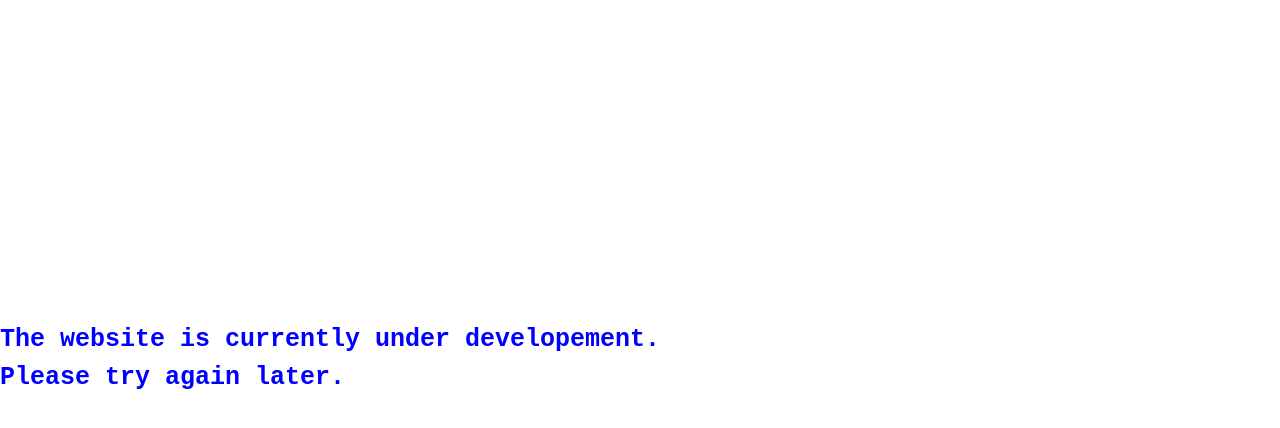
Repository: ShadowFightVideos/sfvids.github.io
Page: index.html
These files come from the project's save history. The page is drawn as it stood at one moment and after the next save; the edit follows.
The browser window is 1280 px wide. The pictures show the whole page.

Above is the page before, as saved 2024-03-13 11:36:03.

After the next save:
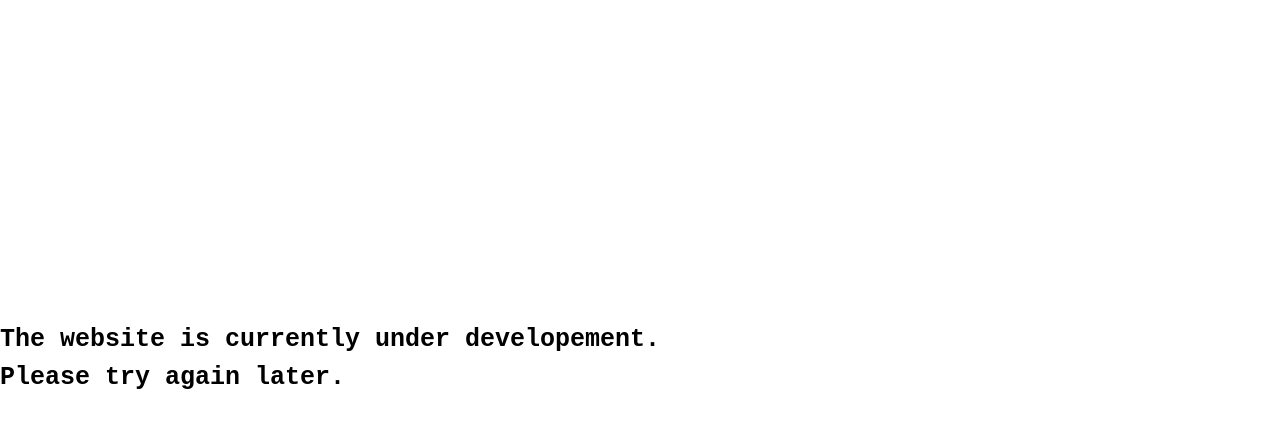
Saved 9 s later.
--- a/system.css
+++ b/system.css
@@ -11,5 +11,5 @@
     font-size: 25px;
     font-weight: bolder;
     font-family: 'Courier New', Courier, monospace;
-    -webkit-text-fill-color: blue;
+    -webkit-text-fill-color;
 }
